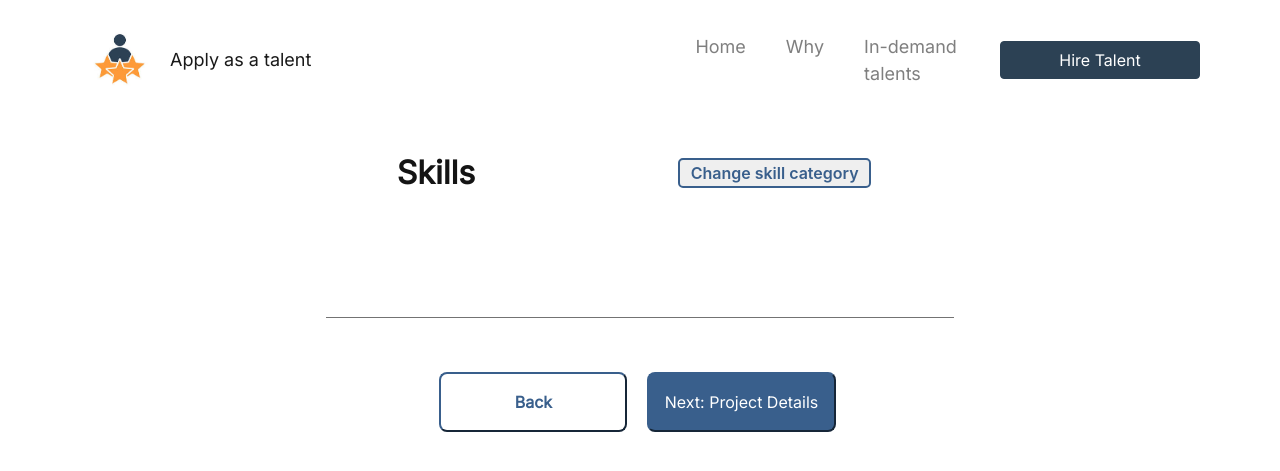
Repository: Ashwe9/talent-hire-reactJs
Page: /skills
An editor plug-in stored every save of this project. The page is shown before and after the next save, followed by the edit.
The browser window is 1280 px wide. The pictures show the whole page.
The project was rebuilt for these pictures with package versions that can differ from the ones it lists, and the page was loaded fresh each time. Also part of the build but not shown: src/homePage/components/TrustedBy/TrustedBy.css, src/homePage/components/TrustedBy/TrustedBy.js, src/homePage/components/Roles/Roles.css, src/homePage/components/Roles/Roles.js, src/homePage/components/homePageFooter/HomePageFooter.css, src/homePage/components/homePageFooter/HomePageFooter.js, src/homePage/HomePage.js, src/kpisPage/Header.css and 17 more.

Above is the page before, as saved 2022-08-25 15:47:48.

After the next save:
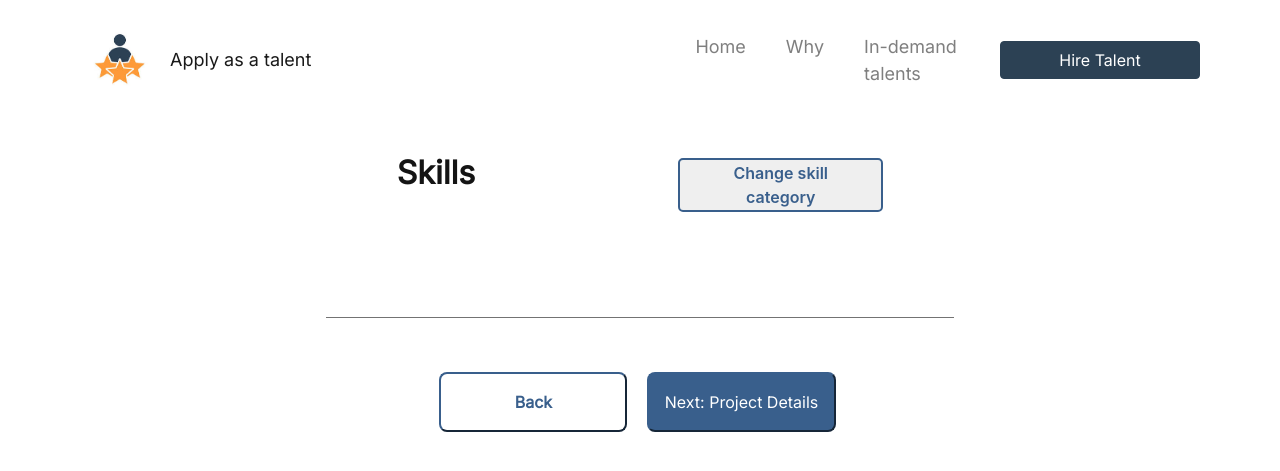
Saved 14 s later.
--- a/src/skills/Header.css
+++ b/src/skills/Header.css
@@ -20,8 +20,8 @@
 .category button{
     border: #395f8c solid 2px;
     border-radius: 5px;
-    padding-right: 5%;
-    padding-left: 5%;
+    padding-right: 10%;
+    padding-left: 10%;
     font-size: 16px;
     font-weight: 600;
     color: #395f8c;
